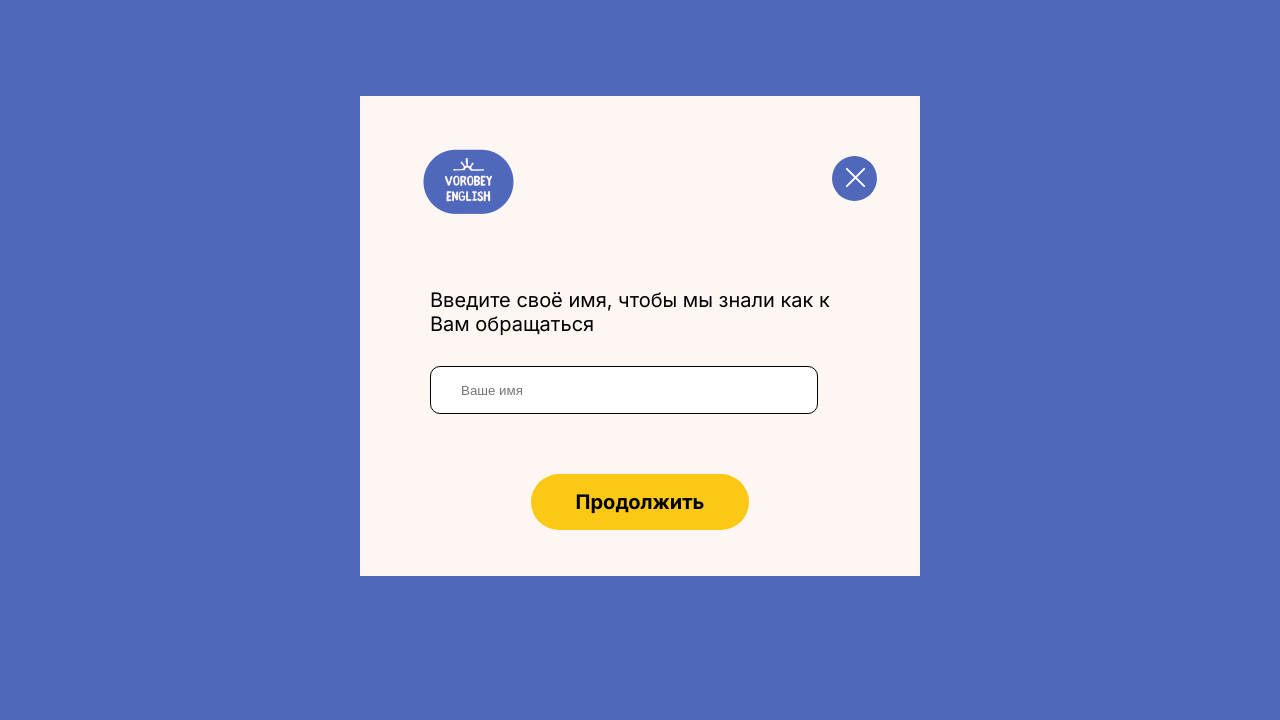
Repository: WladimirVA/Diplom
Page: templates/next_test.html
The author's editor kept a copy of each file at every save. The page is drawn from the files as they stood at one save, then again after the next save.
The browser window is 1280 px wide. The pictures show the whole page.

Above is the page before, as saved 2023-05-04 19:08:19.

### templates/next_test.html
<!DOCTYPE html>
<html lang="en">
<head>
    <meta charset="UTF-8">
    <meta http-equiv="X-UA-Compatible" content="IE=edge">
    <meta name="viewport" content="width=\, initial-scale=1.0">
    <link href="../static/css/name.css" rel="stylesheet" type="text/css">
    <link href="../static/css/fonts.css" rel="stylesheet" type="text/css">
    <link href="../static/css/mob.css" media="screen and (max-width: 360px)" rel="stylesheet" type="text/css">
    <link rel="icon" sizes="16x16" href="../static/img/Иконка _Лого_ (1_1).svg" type="image/x-icon">
    <title>Vorobeyenglish</title>
</head>
<body>

<!-- {{if .Available}}

    <form class="NAME_LOGO_INFO" action="./test" method="post">
        <div class="Name-logo">
            <a href="../"><img src="../static/img/Иконка _Лого_ (1).svg"></a>
            <img class="Name-logo-img1-info" src="./static/img/Ellipse 6 (2).svg">
            <a href="../"><img class="Name-logo-img-info" src="../static/img/Vector (5).svg"></a>
        </div>
        <div class="info">
            <p>Добро пожаловать!<br>Вы собираетесь начать тест</p>

            <input type="hidden" name="name" value="{{.User}}">
            <input type="hidden" name="id" value="{{.TestStart}}">

            <ul>
                <li>Тест содержит 60 вопросов с возможностью выбора 1 правильного ответа из 4-х.</li>
                <li class="info-li">Время на выполнение теста не ограничено.</li>
                <li>В конце Вы получите результат прохождения теста.</li>
            </ul>
        </div>
        <div class="button">
            <button class="button submit_button">Продолжить</button>
        </div>
    </form>

{{else}} -->

<form class="NAME_LOGO" action="./next_test" method="post">
    <div class="Name-logo">
        <a href="../"><img class="logo_mob" src="../static/img/Иконка _Лого_ (1).svg"></a>
        <img class="Name-logo-img1" src="../static/img/Ellipse 6 (2).svg">
        <a href="../"><img class="Name-logo-img" src="../static/img/Vector (5).svg"></a>
    </div>
    <div class="name">
        <label class="label">Введите своё имя, чтобы мы знали как к<br class="br-mob"> Вам обращаться
    </div>
    <div class="name-input">
        <input required="" name="name" class="text-input" type="text" maxlength="255" minlength="2" placeholder="Ваше имя" pattern="^[А-Яа-яЁё\s a-zA-Z]+$" title="Введите русские или латинские символы. Не менее 2 символов"></label>
    </div>
    <div class="button">
        <button class="button submit_button">Продолжить</button>
    </div>
</form>

<!-- {{end}} -->

</body>
</html>

### static/css/name.css
body {
    align-items: center;
    width: 100%;
    max-width: 1366px;
    margin: auto;
    font-family: 'Inter', 'Work Sans', "NunitoSans-Light", Arial, Helvetica, sans-serif;
    background: #4F68BB;
}

* {
    margin: 0;
    padding: 0;
}

.NAME_LOGO {
    width: 560px;
    height: 480px;
    position: fixed; top: 50%; left: 50%;
    transform: translate(-50%, -55%);
    /* box-shadow: 0px 0px 25px; */
    background-color: #FEF6F3;
}

.NAME_LOGO_INFO {
    width: 780px;
    height: 688px;
    position: fixed; top: 50%; left: 50%;
    transform: translate(-50%, -55%);
    /* box-shadow: 0px 0px 25px; */
    background-color: #FEF6F3;

    position: absolute;
    top:  50%;
    left: 50%;
    transform: translate(-50%,-50%);
}

.Name-logo {
    display: flex;
}

.Name-logo a {
    margin: 30px 0 0 0px;
    padding-left: 25px;
}

.Name-logo-img1 {
    margin: 33px 0 0 280px;
}

.Name-logo-img1-info {
    margin: 17px 0 0 435px;
}

.Name-logo-img {
    margin: 41px 0 0 -57px;
}

.Name-logo-img-info {
    margin: 35px 0 0 -57px;
}

.name {
    margin: 60px 0 60px 70px;
}

.name-input {
    margin: -45px 0 60px 70px;
}

.name p {
    text-align: right;
    margin: 15px 73px 66px 0;
    font-family: 'Inter';
    font-style: normal;
    font-weight: 400;
    font-size: 12px;
    line-height: 16px;
}

.label {
    text-align: center;
    font-family: 'Inter';
    font-style: normal;
    font-weight: 400;
    font-size: 20px;
    line-height: 24px;
}

.text-input {
    margin: 15px 0 0 0;
    width: 388px;
    height: 48px;
    border: 1px solid #000000;
    border-radius: 10px;
    padding-left: 30px;
}

.text-input, .text-input::before, .text-input::after {
    box-sizing: border-box;
  }

.text-input:hover{
    border:2px solid #4F68BB; /* цвет обводки */
}

.text-input:active{
     border:2px solid #000000;
}


.button {
    text-align: center;
}
.submit_button {
    background: #FBC815;
    border-radius: 50px;
    width: 218px;
    height: 56px;
    font-family: 'Inter';
    font-style: normal;
    font-weight: 700;
    font-size: 20px;
    line-height: 24px;
    border: 0;
    cursor: pointer;
}

.submit_button:hover {
    background-color: #BC9F3B;
}

.submit_button:active {
    background-color: #FDE07D;
}

.info p {
    text-align: center;
    font-family: 'Inter';
    font-style: normal;
    font-weight: 700;
    font-size: 32px;
    line-height: 40px;
    margin: 55px 0 35px 0;
}

.info-li {
    margin: 18px 0 18px 0;
}

.info ul {
    margin: 63px 0 65px 100px;
    width: 580px;
    height: 190px;
    font-family: 'Inter';
    font-style: normal;
    font-weight: 400;
    font-size: 24px;
    line-height: 32px;
}

### static/css/fonts.css
/* @import url('https://fonts.googleapis.com/css2?family=Work+Sans:ital,wght@0,600;0,800;1,800&display=swap'); */


/* @import url('https://fonts.googleapis.com/css2?family=Inter:wght@400;500;600;700;800&family=Work+Sans:ital,wght@0,600;0,800;1,800&display=swap'); */


@import url('https://fonts.googleapis.com/css2?family=Inter:wght@100;200;300;400;500;600;700;800;900&display=swap');

@import url('https://fonts.googleapis.com/css2?family=Inter:wght@100;200;300;400;500;600;700;800;900&family=Work+Sans:ital,wght@0,100;0,200;0,300;0,400;0,500;0,600;0,700;0,800;0,900;1,100;1,200;1,300;1,400;1,500;1,600;1,700;1,800;1,900&display=swap');

### static/css/mob.css
.br-mob{
    display: none;
}

body {
    max-width: 100%;
    max-height: 100%;
    background: #FEF6F3;
    font-family: 'Inter', 'Work Sans', "NunitoSans-Light", Arial, Helvetica, sans-serif;
}

.NAME_LOGO {
    width: 360px;
    height: 642px;
    background-color: #FEF6F3;
    position: absolute;
    top: 0;
    left: 0;
    transform: inherit;
}

.logo_mob {
    width: 120px;
    height: 120px;
    margin: -44px 0 0 -30px;
}

.Name-logo-img1 {
    width: 30px;
    height: 30px;
    margin: 34px 0 0 194px;
}

.Name-logo-img {
    margin: 9px 0 0 -50px;
}

.name {
    margin: 60px 33px 60px 36px;
}

.name-input {
    margin: -12px 0 60px 22px;
}

.text-input {
    margin: 15px 0 0 0;
    width: 327px;
    height: 48px;
    border: 1px solid #000000;
    border-radius: 10px;
    padding-left: 30px;
}

.NAME_LOGO_INFO {
    width: 780px;
    height: 688px;
    position: fixed; top: 50%; left: 50%;
    transform: translate(-50%, -55%);
    /* box-shadow: 0px 0px 25px; */
    background-color: #FEF6F3;

    position: absolute;
    top:  50%;
    left: 50%;
    transform: translate(-50%,-50%);
}

After the next save:
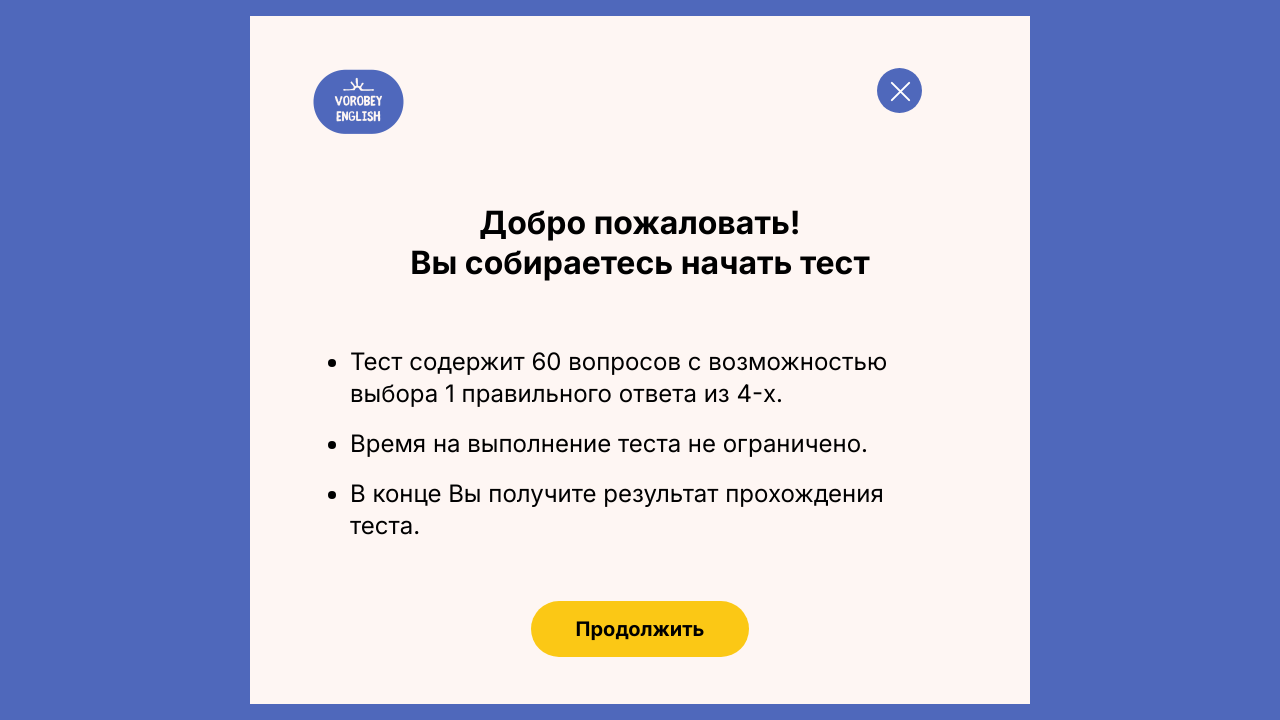
Saved 2 min 4 s later.
--- a/templates/next_test.html
+++ b/templates/next_test.html
@@ -12,7 +12,7 @@
 </head>
 <body>
 
-<!-- {{if .Available}}
+<!-- {{if .Available}} -->
 
     <form class="NAME_LOGO_INFO" action="./test" method="post">
         <div class="Name-logo">
@@ -37,9 +37,9 @@
         </div>
     </form>
 
-{{else}} -->
+<!-- {{else}} -->
 
-<form class="NAME_LOGO" action="./next_test" method="post">
+<!-- <form class="NAME_LOGO" action="./next_test" method="post">
     <div class="Name-logo">
         <a href="../"><img class="logo_mob" src="../static/img/Иконка _Лого_ (1).svg"></a>
         <img class="Name-logo-img1" src="../static/img/Ellipse 6 (2).svg">
@@ -54,7 +54,7 @@
     <div class="button">
         <button class="button submit_button">Продолжить</button>
     </div>
-</form>
+</form> -->
 
 <!-- {{end}} -->
 
